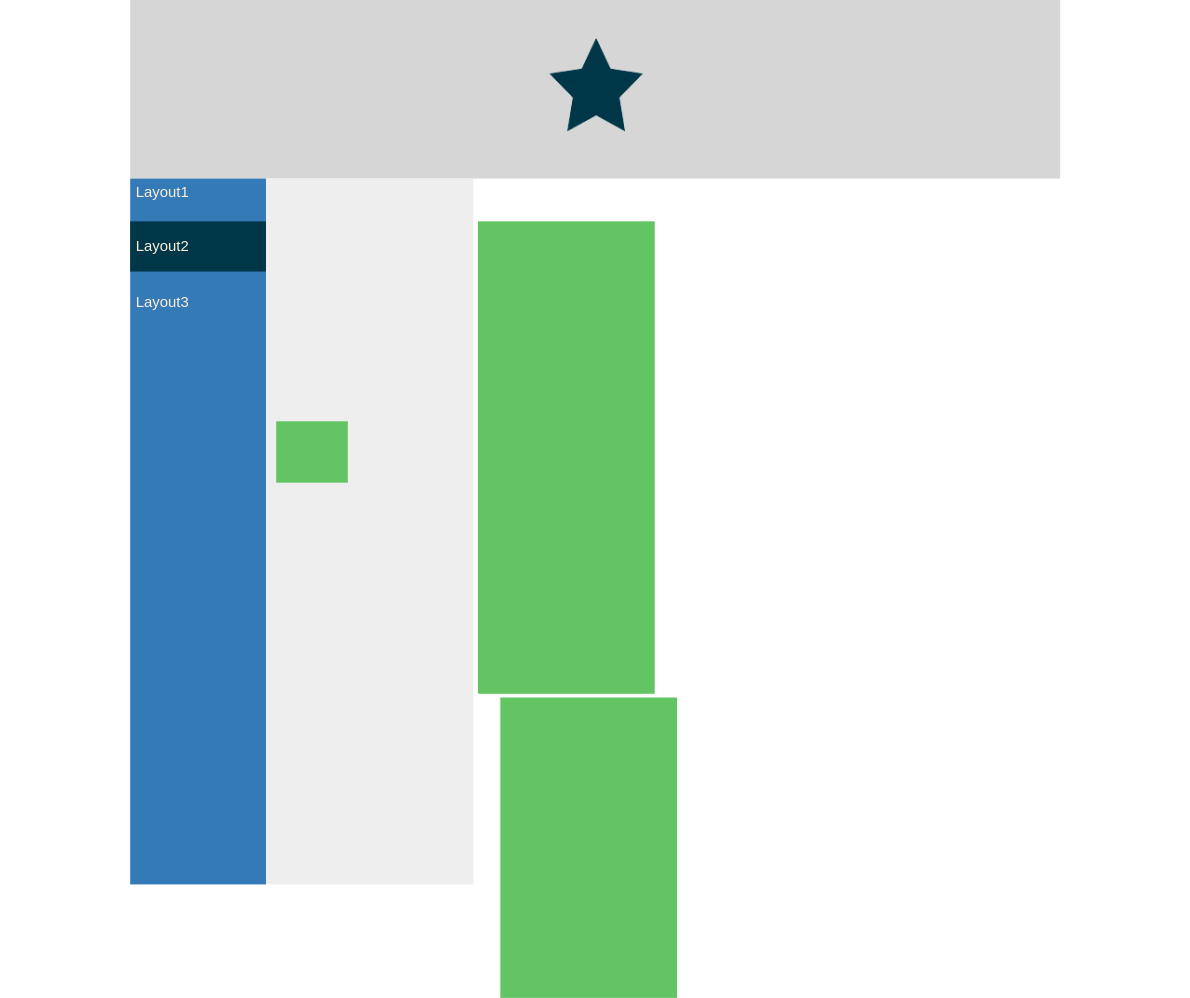
Repository: baliayassin/MyGame
Page: Documents/Aptana Studio 3 Workspace/homeWork2/layOut2.html
The author's editor kept a copy of each file at every save. The page is drawn from the files as they stood at one save, then again after the next save.
The browser window is 1280 px wide. The pictures show the whole page, at 93% of full size.

Above is the page before, as saved 2017-11-29 12:58:46.

### Documents/Aptana Studio 3 Workspace/homeWork2/layOut2.html
<!DOCTYPE html>
<html>

	<html>
	<head>

		<title> HomeWork2</title>
		<link rel="stylesheet" href="includes/style.css" />
		<meta charset="utf-8" />
	</head>


	<body id="wrapper2">
<main>
		<header>
	       <a href="layOut2.html"> </a>
        </header>
    <nav>
    		<ul>
					<li> <a href="index.html">Layout1 </a> </li>
					<li> <span><a href="layOut2.html">Layout2 </a> </span></li>
					<li><a href="#">Layout3 </a> </li>

				</ul>

    </nav>

    <aside>
    	<article></article>
    	</aside>

    	<section><article></article>

    		<article> </article>
    		 </section>

		</main>


		<footer>


			</footer>



	</body>


</html>

### Documents/Aptana Studio 3 Workspace/homeWork2/includes/style.css
*{
	margin:0px;
	padding: 0px;
}

main, nav, aside, footer, section, article, header {
	display:  block;

	/*border: 1px solid black;*/
}

#wrapper {
	margin: 0px auto;
	width: 1000px;
}
#wrapper header{

	height:192px;
	background: #d6d6d6;

}

#wrapper header a{

	width:102px;
	height:102px;
	background-image:url("../images/star.png");
	position:relative;
	display:block;
	margin:0px auto;
	top: 40px;
    background-repeat: no-repeat;


}


#wrapper nav {

	height: 62px;
	background: #337AB7;

}

#wrapper nav ul{

	list-style-type: none;
	text-decoration: none;
	margin-left: 45px;

}

#wrapper nav ul li{

	float:left;

}

#wrapper nav a{

	display: inline-block;
	text-decoration: none;
	color: #ffeedd;
	font-family: Arial;



}

#wrapper nav span a{

	background:#003748;
	margin:10px auto;
	padding:12px 90px;


}
#wrapper nav li > a{

	margin:20px 85px;

}
#wrapper section{
	direction:rtl;
	display: inline-block;
	margin-top: 100px;
	vertical-align: top;


}
#wrapper section article{

	display:block;
	background: #62C462;
	margin-right: 25px;
	margin-left: 32px;
	margin-top: 30px;
}

#wrapper section article:first-child{

	height:121px;
	width:699px;


}
#wrapper section article:nth-child(2){

	height: 200px;
	width: 699px;


}
#wrapper section article:nth-child(3){

	height: 125px;
	width: 186px;


}

#wrapper aside{

	background: #EEEEEE;
	height: 697px;
	width: 240px;
	display: inline-block;

}

#wrapper aside article{

	background: #62C462;
	width:185px;
	height:126px;
	position: relative;
	margin-top: 264px;
	margin-left: 45px;


}

#wrapper footer{

	height:52px;
	background: #D6D6D6;
	margin-top:-4px;

}










#wrapper2 {
	margin: 0px auto;
	width: 1000px;
}
#wrapper2 header{

	height:192px;
	background: #d6d6d6;

}

#wrapper2 header a{

	width:102px;
	height:102px;
	background-image:url("../images/star.png");
	position:relative;
	display:block;
	margin:0px auto;
    top: 40px;
    background-repeat: no-repeat;


}


#wrapper2 nav {

	width:146px;
	height: 759px;
	background: #337AB7;
    float:left;
    display: inline-block;
}




#wrapper2 nav ul {
	list-style-type: none;
}

#wrapper2 nav a{
	display: inline-block;
	text-decoration: none;
	color: #ffeedd;
	font-family: "Arial";
}

#wrapper2 nav li > a{
	margin-top: 6px;
	margin-bottom: 22px;
	margin-left: 6px;
}

#wrapper2 nav span a{
	background-color: #003748;
	padding-top: 18px;
	margin-bottom: 18px;
	padding-bottom: 18px;
	padding-left: 6px;
	width: 140px;
}


#wrapper2 aside{

	float:left;
	background-color: #eeeeee;
	width: 223px;
	height: 759px;
}

#wrapper2 aside article{

	background: #62C462;
	width:77px;
	height:66px;
	position: relative;
	margin-top: 261px;
	margin-left: 11px;


}


#wrapper2 section{

	display: inline-block;
	margin-top: 23px;



}

#wrapper2 section article:first-child{

	background:#62C462;
	margin-left:5px;
	margin-top:23px;
	height:508px;
	width:190px;
	display: inline-block;

}

#wrapper2 section article:nth-child(2){

	background:#62C462;
	margin-left:29px;
	height:323px;
	width:190px;


}

After the next save:
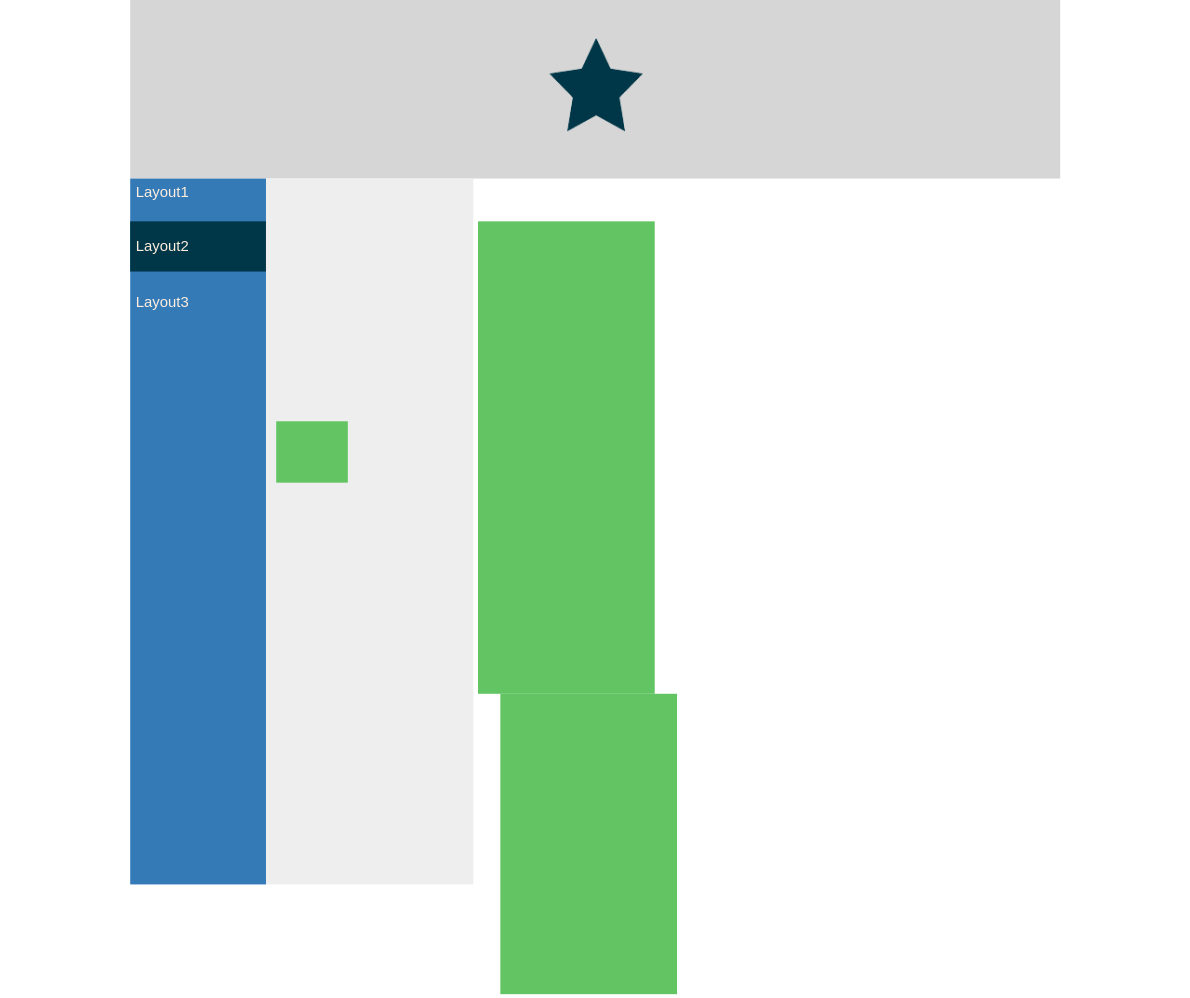
Saved 19 s later.
--- a/Documents/Aptana Studio 3 Workspace/homeWork2/includes/style.css
+++ b/Documents/Aptana Studio 3 Workspace/homeWork2/includes/style.css
@@ -259,7 +259,7 @@ main, nav, aside, footer, section, article, header {
 	margin-top:23px;
 	height:508px;
 	width:190px;
-	display: inline-block;
+
 
 }
 
